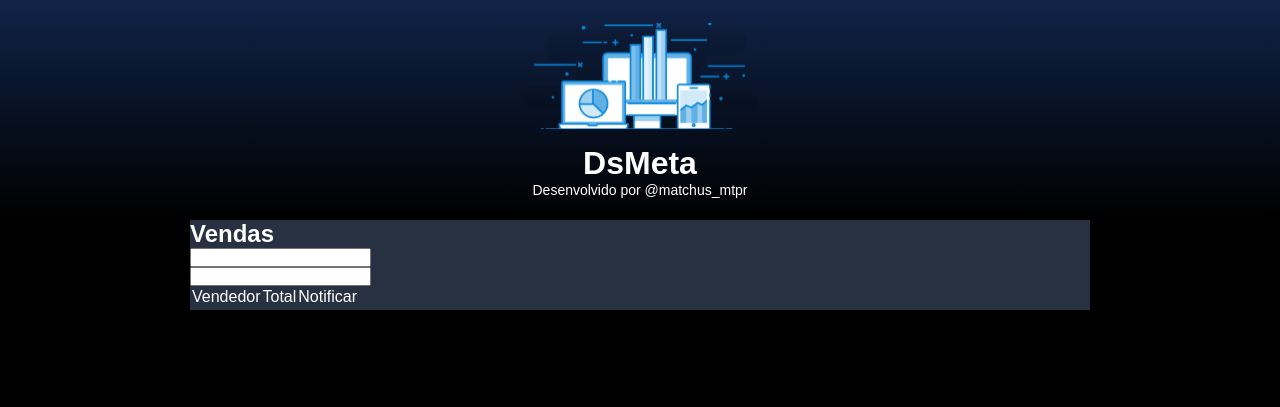
Repository: MatheusAlvesPereiraRosa/ds-meta
Page: index.html
An editor plug-in stored every save of this project. The page is shown before and after the next save, followed by the edit.
The browser window is 1280 px wide. The pictures show the whole page.

Above is the page before, as saved 2022-09-01 11:46:19.

### index.html
<!DOCTYPE html>
<html lang="en">
  <head>
    <meta charset="UTF-8" />
    <meta http-equiv="X-UA-Compatible" content="IE=edge" />
    <meta name="viewport" content="width=device-width, initial-scale=1.0" />
    <title>Document</title>

    <link rel="stylesheet" href="styles.css" />
  </head>

  <body>
    <header>
      <div class="dsmeta-logo-container">
        <img src="logo.svg" alt="Logo" />
        <h1>DsMeta</h1>
        <p>
          Desenvolvido por
          <a href="https://www.instagram.com/matchus_mtpr">@matchus_mtpr</a>
        </p>
      </div>
    </header>

    <main>
      <section id="sales">
        <div class="dsmeta-container">
          <div class="dsmeta-card">
            <h2>Vendas</h2>
            <div>
              <div>
                <input type="text" />
              </div>
              <div>
                <input type="text" />
              </div>
            </div>

            <div>
              <table>
                <thead>
                  <tr>
                    <td>Vendedor</td>
                    <td>Total</td>
                    <td>Notificar</td>
                  </tr>
                </thead>
                <tbody>
                  <tr>
                    <td></td>
                    <td></td>
                    <td></td>
                  </tr>
                </tbody>
              </table>
            </div>
          </div>
        </div>
      </section>
    </main>
  </body>
</html>

### styles.css
@import url('https://fonts.googleapis.com/css2?family=Roboto:wght@300&display=swap');

* {
    font-family: 'Rotobto', sans-serif;
    box-sizing: border-box;
    margin: 0;
    padding: 0;
}

header {
    background: linear-gradient(180deg, #102347 0%, transparent);
    height: 220px;
    display: flex;
    align-items: center;
    justify-content: center;
}

body, html {
    background-color: black;
    color: #fff;
}

a, a:hover, a:visited {
    color: unset;
    text-decoration: none;
}

.dsmeta-logo-container {
    display: flex;
    flex-direction: column;
    align-items: center;
}

.dsmeta-logo-container img{
    width: 235px;
}

.dsmeta-logo-container h1{
    margin-top: 15px;
}

.dsmeta-logo-container p{
    font-size: 14px;
    font-weight: 300;
}

.dsmeta-card {
    background-color: #283142;
}

.dsmeta-container {
    width: 100%;
    max-width: 900px;
    margin: 0 auto;
}

#id {
    padding: 40px 10px;
}

After the next save:
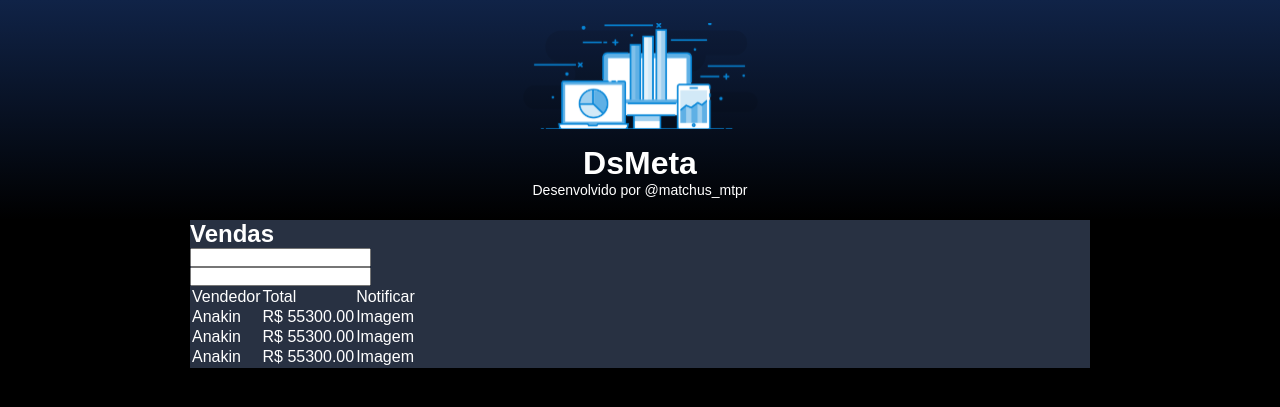
Saved 37 s later.
--- a/index.html
+++ b/index.html
@@ -46,9 +46,19 @@
                 </thead>
                 <tbody>
                   <tr>
-                    <td></td>
-                    <td></td>
-                    <td></td>
+                    <td>Anakin</td>
+                    <td>R$ 55300.00</td>
+                    <td>Imagem</td>
+                  </tr>
+                  <tr>
+                    <td>Anakin</td>
+                    <td>R$ 55300.00</td>
+                    <td>Imagem</td>
+                  </tr>
+                  <tr>
+                    <td>Anakin</td>
+                    <td>R$ 55300.00</td>
+                    <td>Imagem</td>
                   </tr>
                 </tbody>
               </table>
